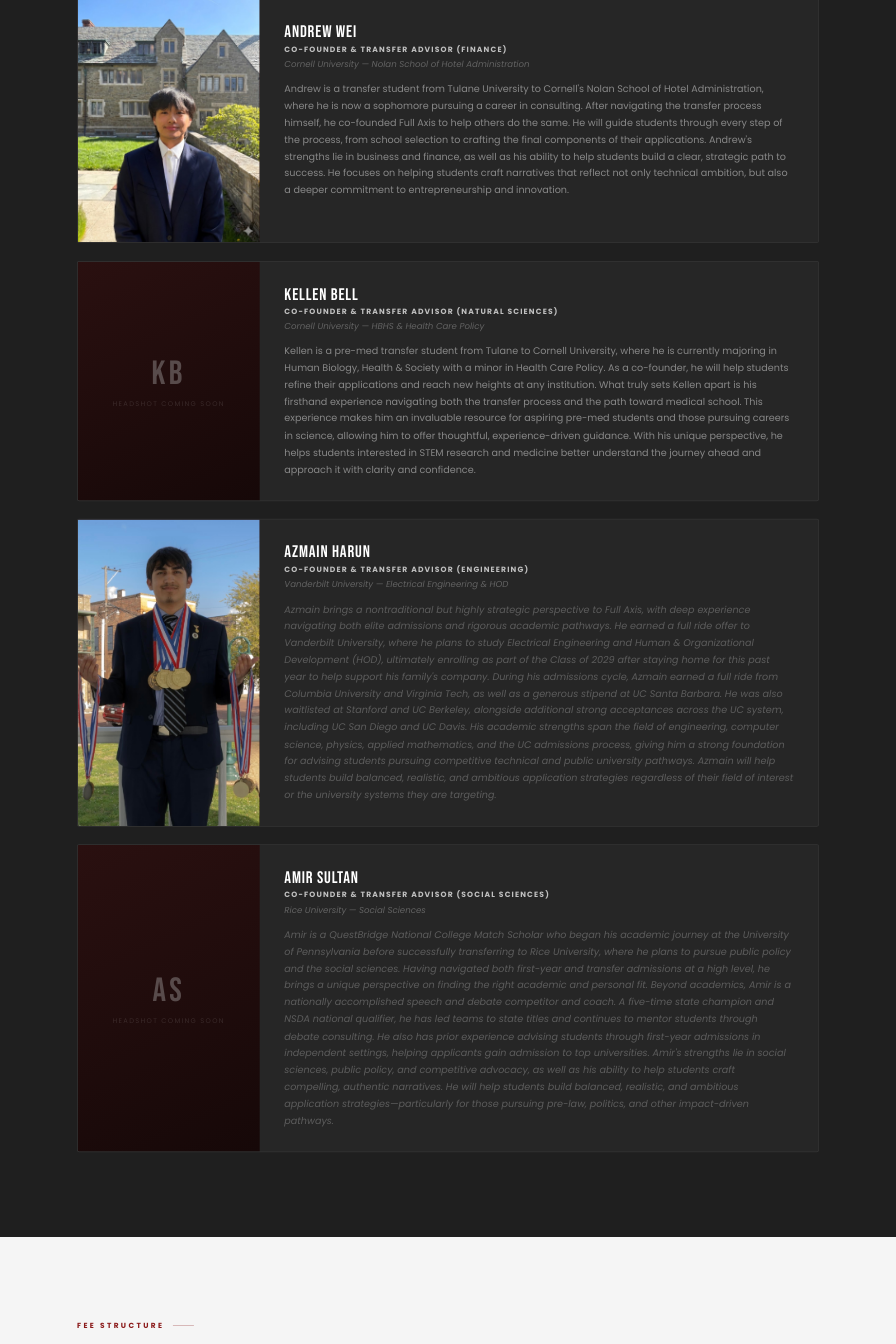
Repository: epeguero8311/cesar
Page: index.html
An editor plug-in stored every save of this project. The page is shown before and after the next save, followed by the edit.
The browser window is 1280 px wide. The pictures show the part of the page from y = 2360 to 4280 px (the page is 7472 px tall before and 7477 px after), at 70% of full size.

Above is the page before, as saved 2026-04-30 17:46:30.

After the next save:
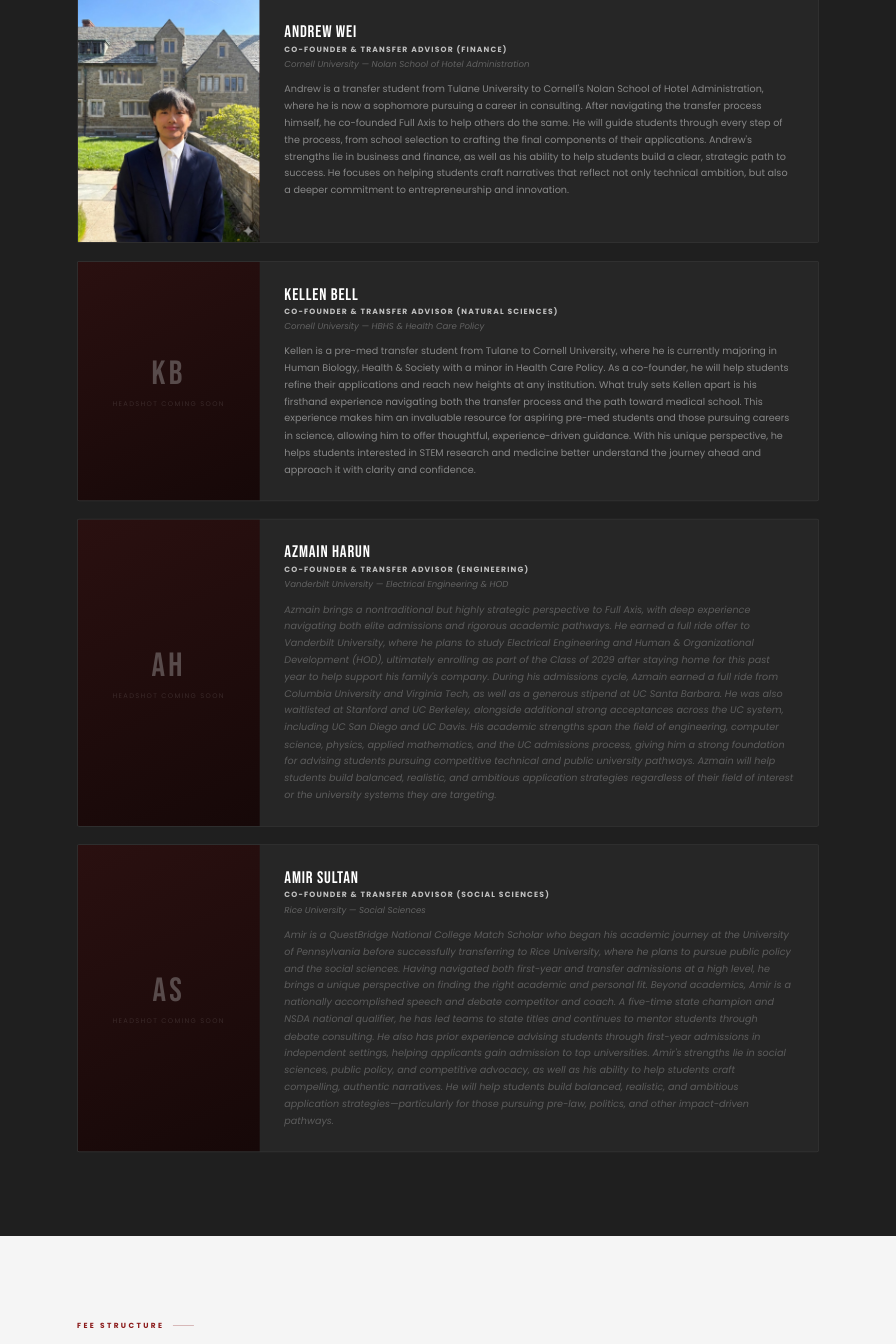
Saved 5 s later.
--- a/index.html
+++ b/index.html
@@ -125,7 +125,7 @@
       <!-- Azmain -->
       <div class="team-card reveal d3">
         <div class="team-photo">
-          <img src="headshots/IMG_4781.jpg" alt="Azmain" class="team-headshot" />
+          <div class="team-photo-ph"><div class="team-initials">AH</div><div class="photo-hint">Headshot coming soon</div></div>
         </div>
         <div class="team-info">
           <div class="team-name">Azmain Harun</div>
@@ -279,8 +279,31 @@
 <footer>
   <div class="ft-logo">Full <span>Axis</span></div>
   <div class="ft-note">Full Axis is currently operating in its beta cycle for the 2026–2027 admissions year. Prestige-focused, major-specific admissions advisory.</div>
-  <div class="ft-copy">© 2026 Full Axis</div>
+  <div class="ft-right">
+    <div class="ft-social">
+      <!-- Instagram -->
+      <a href="YOUR_INSTAGRAM_URL" target="_blank" rel="noopener noreferrer" aria-label="Instagram">
+        <svg viewBox="0 0 24 24" stroke="white" fill="none" stroke-width="1.8" stroke-linecap="round" stroke-linejoin="round">
+          <rect x="2" y="2" width="20" height="20" rx="5" ry="5"/>
+          <circle cx="12" cy="12" r="4"/>
+          <circle cx="17.5" cy="6.5" r="0.5" fill="white" stroke="none"/>
+        </svg>
+      </a>
+      <!-- TikTok -->
+      <a href="YOUR_TIKTOK_URL" target="_blank" rel="noopener noreferrer" aria-label="TikTok">
+        <svg viewBox="0 0 24 24" fill="white" stroke="none">
+          <path d="M19.59 6.69a4.83 4.83 0 01-3.77-4.25V2h-3.45v13.67a2.89 2.89 0 01-2.88 2.5 2.89 2.89 0 01-2.89-2.89 2.89 2.89 0 012.89-2.89c.28 0 .54.04.79.1V9.01a6.33 6.33 0 00-.79-.05 6.34 6.34 0 00-6.34 6.34 6.34 6.34 0 006.34 6.34 6.34 6.34 0 006.33-6.34V8.69a8.24 8.24 0 004.84 1.56V6.81a4.85 4.85 0 01-1.07-.12z"/>
+        </svg>
+      </a>
+    </div>
+    <div class="ft-copy">© 2026 Full Axis</div>
+  </div>
 </footer>
+
+<style>
+.ft-right{display:flex;flex-direction:column;align-items:flex-end;gap:0.75rem}
+@media(max-width:580px){.ft-right{align-items:center}}
+</style>
 
 <script src="main.js"></script>
 </body>

After the save that followed:
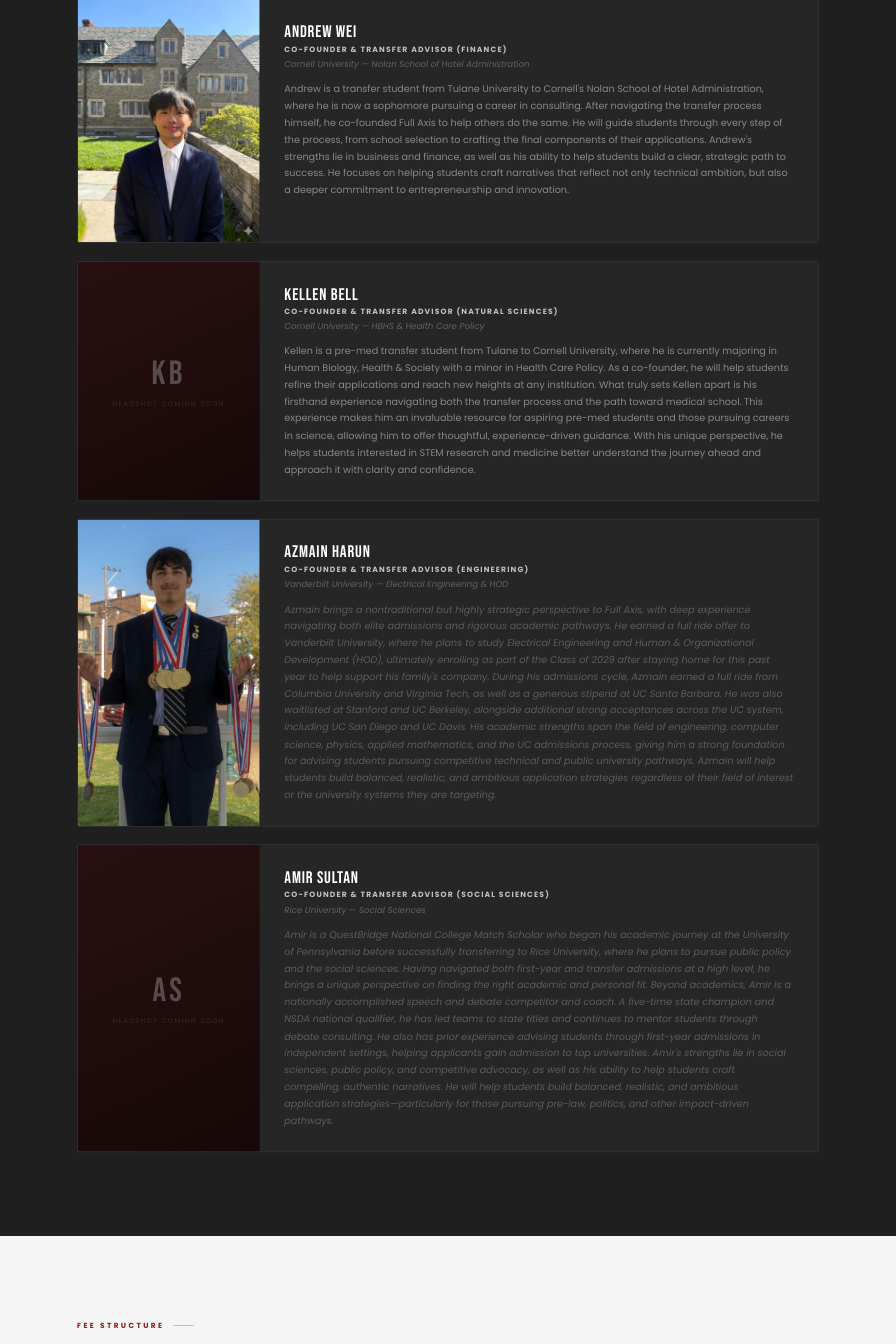
Saved 19 s later.
--- a/index.html
+++ b/index.html
@@ -125,7 +125,7 @@
       <!-- Azmain -->
       <div class="team-card reveal d3">
         <div class="team-photo">
-          <div class="team-photo-ph"><div class="team-initials">AH</div><div class="photo-hint">Headshot coming soon</div></div>
+          <img src="headshots/IMG_4781.jpg" alt="Azmain" class="team-headshot" />
         </div>
         <div class="team-info">
           <div class="team-name">Azmain Harun</div>
